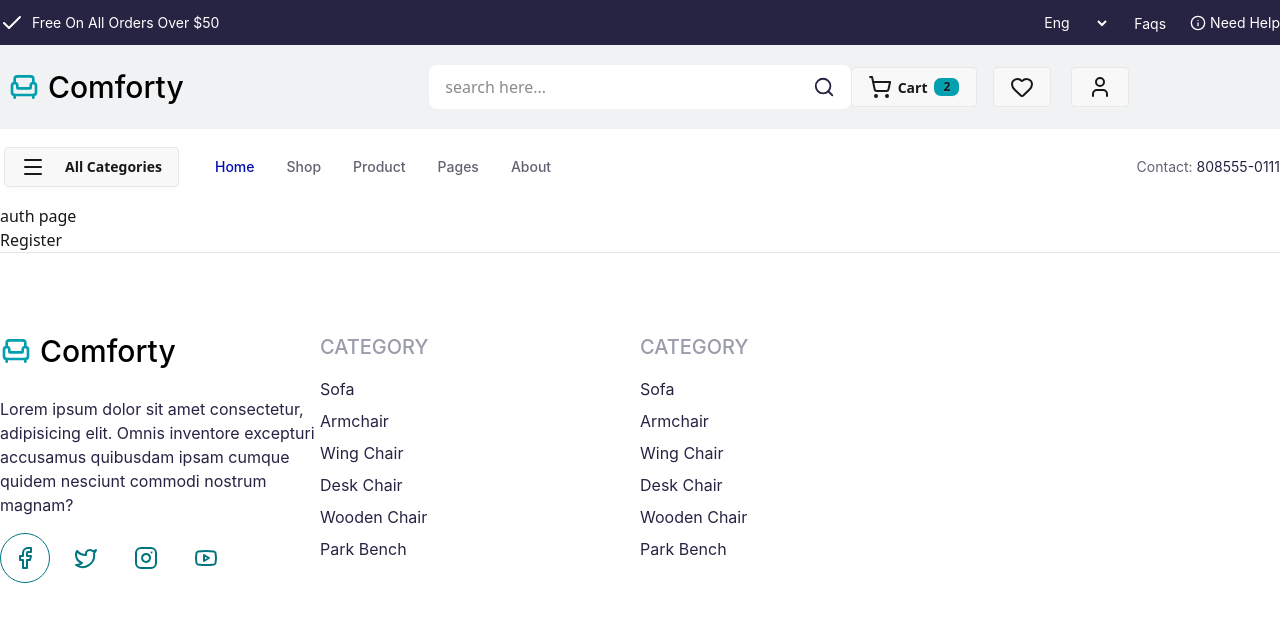
Repository: Neda0o0/store-template-website
Page: /auth/register
The author's editor kept a copy of each file at every save. The page is drawn from the files as they stood at one save, then again after the next save.
The browser window is 1280 px wide. The pictures show the whole page.
The project was rebuilt for these pictures with package versions that can differ from the ones it lists, and the page was loaded fresh each time. Also part of the build but not shown: vite.config.js, src/components/Banner/Banner.jsx, src/components/Delivery/Delivery.jsx, src/components/Brand/Brand.jsx, src/components/SectionTitle/SectionTitle.jsx, src/components/Features/Features.jsx, src/components/Categories/Categories.jsx, src/components/Product/Product.jsx and 6 more.

Above is the page before, as saved 2025-10-27 16:50:41.

After the next save:
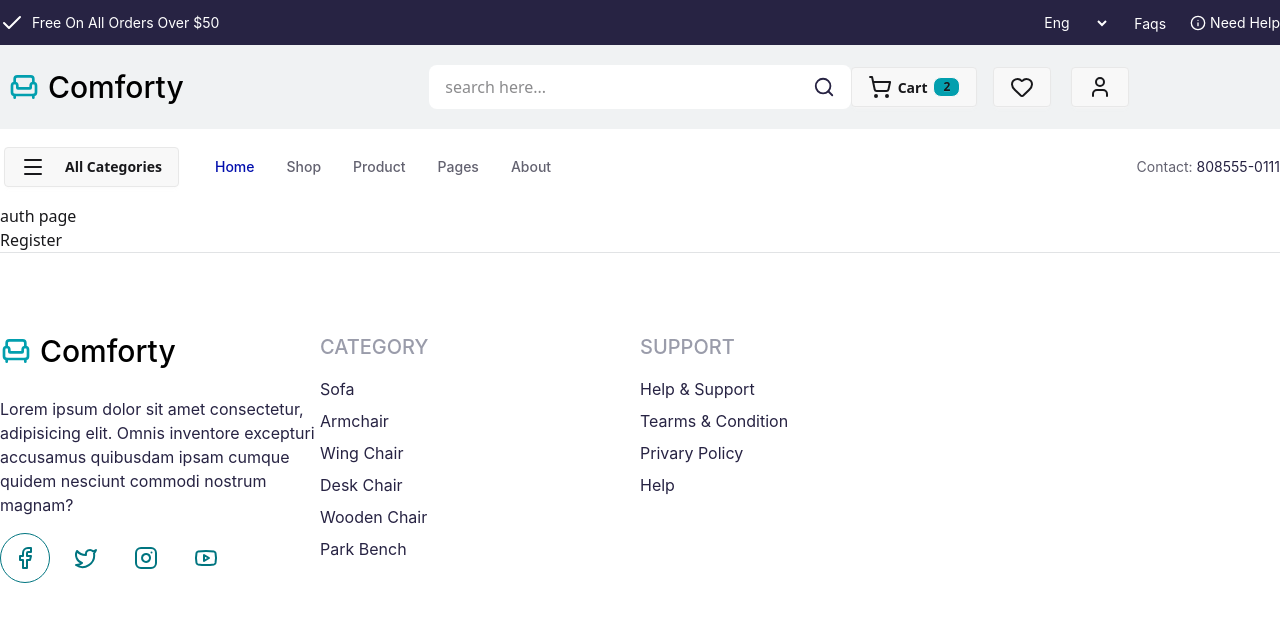
Saved 2 min 18 s later.
--- a/src/components/Footer/Footer.jsx
+++ b/src/components/Footer/Footer.jsx
@@ -79,37 +79,27 @@ const Footer = () => {
             </div>
             <div className="footer_wrapper">
               <h3 className="text-xl text-[#9a9caa] font-inter font-medium capitalize uppercase">
-                category
+                support
               </h3>
               <ul className="space-y-2 mt-4">
                 <li>
                   <Link className="text-base text-[#272343] font-inter font-normal capitalize">
-                    sofa
+                    help & support
                   </Link>
                 </li>
                 <li>
                   <Link className="text-base text-[#272343] font-inter font-normal capitalize">
-                    armchair
+                    tearms & condition
                   </Link>
                 </li>
                 <li>
                   <Link className="text-base text-[#272343] font-inter font-normal capitalize">
-                    wing chair
+                    privary policy
                   </Link>
                 </li>
                 <li>
                   <Link className="text-base text-[#272343] font-inter font-normal capitalize">
-                    desk chair
-                  </Link>
-                </li>
-                <li>
-                  <Link className="text-base text-[#272343] font-inter font-normal capitalize">
-                    wooden chair
-                  </Link>
-                </li>
-                <li>
-                  <Link className="text-base text-[#272343] font-inter font-normal capitalize">
-                    park bench
+                    help
                   </Link>
                 </li>
               </ul>
